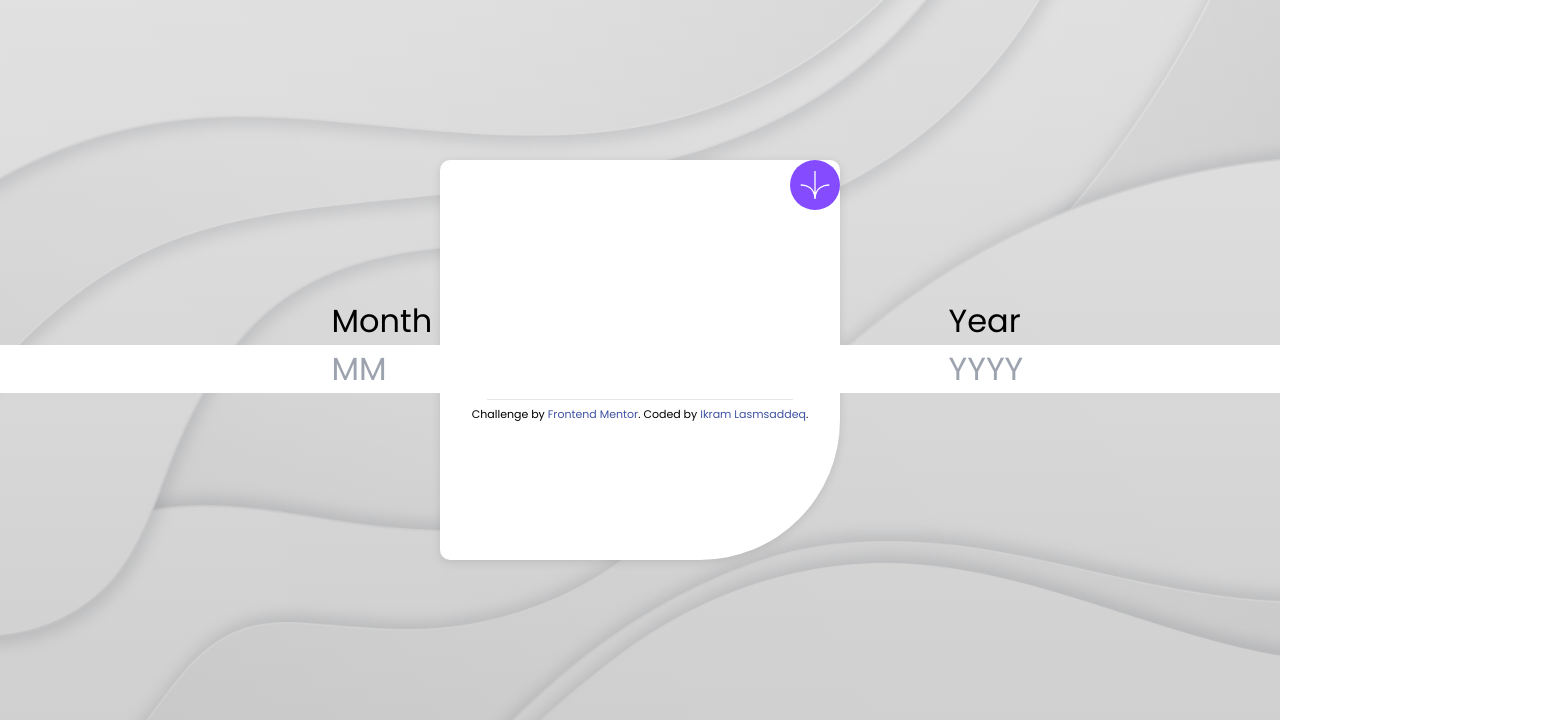
Repository: ikram-lisa/age-display
Page: /
These files come from the project's save history. The page is drawn as it stood at one moment and after the next save; the edit follows.
The browser window is 1280 px wide. The page is 1566 px wide, so the pictures cover 1566 px, including what lies to the right of the window. The pictures show the whole page.
Some web libraries are served in a nearby version. The project was rebuilt for these pictures with package versions that can differ from the ones it lists, and the page was loaded fresh each time.

Above is the page before, as saved 2024-04-30 23:23:35.

### index.html
<!DOCTYPE html>
<html lang="en">
  <head>
    <meta charset="UTF-8" />
    <meta name="viewport" content="width=device-width, initial-scale=1.0" />
    <!-- displays site properly based on user's device -->
    <link href="https://cdn.tailwindcss.com" rel="stylesheet" />
    <link rel="stylesheet" href="./css/style.scss" />
    <link
      rel="icon"
      type="image/png"
      sizes="32x32"
      href="./assets/images/favicon-32x32.png"
    />

    <title>Frontend Mentor | Age calculator app</title>
    <style>
      .attribution {
        font-size: 11px;
        text-align: center;
      }
      .attribution a {
        color: hsl(228, 45%, 44%);
      }
    </style>
  </head>
  <!-- <script type="module" src="js/script.js"></script> -->
  <body>
    <section class="calculator">
      <header>
        <form class="form" action="">
          <div class="formInput active error">
            <label for="day">Day</label>
            <input class="day" id="day" type="number" placeholder="DD" />
          </div>

          <div class="formInput active error">
            <label for="month">Month</label>
            <input class="month" id="month" type="number" placeholder="MM" />
          </div>

          <div class="formInput active error">
            <label for="year">Year</label>
            <input class="year" id="year" type="number" placeholder="YYYY" />
          </div>
        </form>
      </header>

      <button class="submit">
        <img src="./assets/images/icon-arrow.svg" alt="submit" />
      </button>

      <hr class="separator" />
      <div class="result">
        <p class="days"></p>
        <p class="month"></p>
        <p class="years"></p>
      </div>

      <div class="attribution">
        Challenge by
        <a href="https://www.frontendmentor.io?ref=challenge" target="_blank"
          >Frontend Mentor</a
        >. Coded by <a href="#">Ikram Lasmsaddeq</a>.
      </div>
    </section>
  </body>
</html>

### css/style.scss
@use "./base/variable" as *;
@use "./base/font.scss" as *;

@tailwind base;
@tailwind components;
@tailwind utilities;

* {
  margin: 0;
  padding: 0;
  box-sizing: border-box;
}
body {
  height: 100vh;
  background: linear-gradient(
      rgba(196, 196, 196, 0.5),
      rgba(161, 161, 161, 0.5)
    ),
    url("../images/background.jpg");
  background-size: cover;
  background-position: center;
  background-repeat: no-repeat;
  font-size: 32px;
  font-family: "Poppins", sans-serif;
  display: grid;
  place-items: center;
}
.calculator {
  width: 30%;
  min-width: 400px;
  height: 400px;
  background-color: white;
  border-radius: 10px 10px 140px 10px;
  box-shadow: rgba(99, 99, 99, 0.2) 0px 2px 8px 0px;
  position: relative;
  display: flex;
  flex-direction: column;
  align-items: center;
  justify-content: center;
  padding: 30px;
  .form {
    display: flex;
    justify-content: space-between;
    align-items: center;
    .formInput {
      display: flex;
      flex-direction: column;
      input[type="text"] {
        text-align: right;
        margin-bottom: 10px;
      }
    }
  }
  .submit {
    width: 50px;
    height: 50px;
    border-radius: 50%;
    display: flex;
    justify-content: center;
    align-items: center;
    background-color: $purple;
    color: white;
    border: none;
    padding: 10px;
    position: absolute;
    top: 0;
    right: 0;
    cursor: pointer;
    transition: all 0.3s;

    &:hover {
      background-color: darken($purple, 10%);
    }
  }

  .separator {
    width: 90%;
    height: 1px;
    background-color: $lightGrey;
    margin: 6px auto;
  }
}

@media (max-width: 375px) {
}
@media (max-width: 768px) {
}
@media (max-width: 1440px) {
}

### css/base/_variable.scss
// Primary

$purple: hsl(259, 100%, 65%);
$lightRed: hsl(0, 100%, 67%);

// Neutral

$white: hsl(0, 0%, 100%);
$offWhite: hsl(0, 0%, 94%);
$lightGrey: hsl(0, 0%, 86%);
$smokeyGrey: hsl(0, 1%, 44%);
$offBlack: hsl(0, 0%, 8%);

### css/base/_font.scss
@import url("https://fonts.googleapis.com/css2?family=Montserrat:ital,wght@0,100..900;1,100..900&family=Open+Sans:ital,wght@0,400;0,600;0,700;0,800;1,400;1,700;1,800&family=Poppins:ital,wght@0,200;0,300;0,400;0,500;0,600;0,700;0,800;0,900;1,100;1,200;1,300;1,400;1,500;1,600;1,700;1,800;1,900&display=swap");

Loaded but not shown: tailwind.config.js (1075 lines, source omitted)

After the next save:
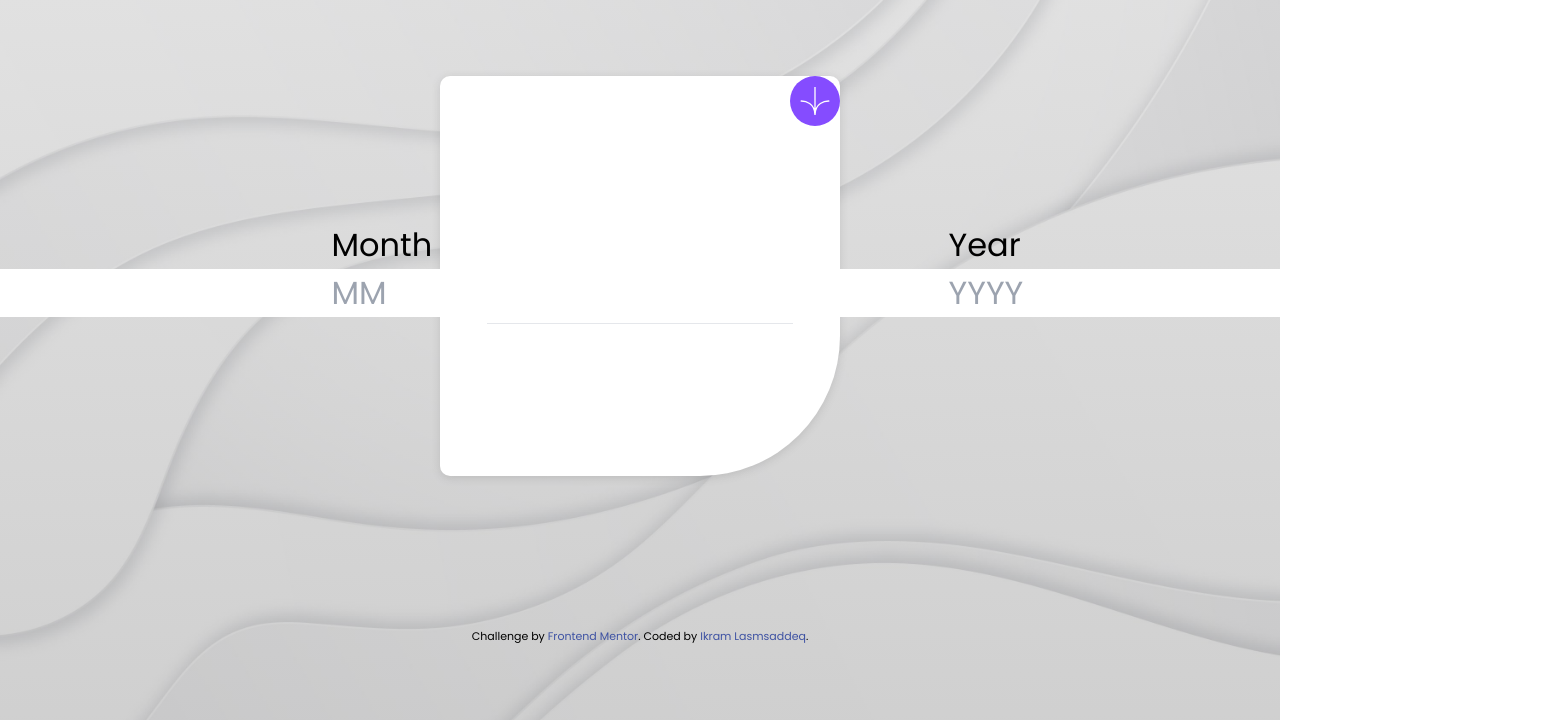
Saved 34 s later.
--- a/index.html
+++ b/index.html
@@ -56,13 +56,14 @@
         <p class="month"></p>
         <p class="years"></p>
       </div>
-
+    </section>
+    <footer>
       <div class="attribution">
         Challenge by
         <a href="https://www.frontendmentor.io?ref=challenge" target="_blank"
           >Frontend Mentor</a
         >. Coded by <a href="#">Ikram Lasmsaddeq</a>.
       </div>
-    </section>
+    </footer>
   </body>
 </html>
